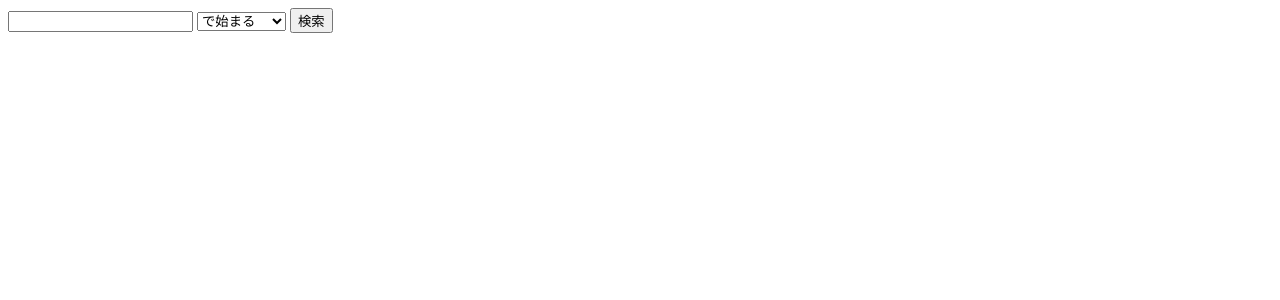
Repository: ltbur/javaEc2
Page: http://localhost/ejword/main
These files come from the project's save history. The page is drawn as it stood at one moment and after the next save; the edit follows.
The browser window is 1280 px wide. The pictures show the whole page.
The page is served by Tomcat 9.

Above is the page before, as saved 2022-06-07 04:53:25.

After the next save:
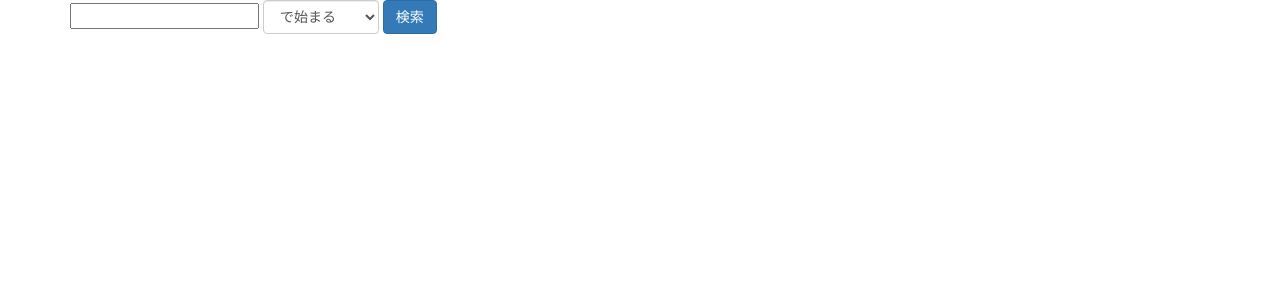
Saved 4 min 11 s later.
--- a/ejword/WebContent/WEB-INF/view/main.jsp
+++ b/ejword/WebContent/WEB-INF/view/main.jsp
@@ -15,31 +15,45 @@ Integer pageNo=(Integer)request.getAttribute("pageNo");
 <head>
 <meta charset="UTF-8">
 <title>EJWord</title>
+<link rel="stylesheet" href="https://cdn.jsdelivr.net/npm/bootstrap@3.3.7/dist/css/bootstrap.min.css" integrity="sha384-BVYiiSIFeK1dGmJRAkycuHAHRg32OmUcww7on3RYdg4Va+PmSTsz/K68vbdEjh4u" crossorigin="anonymous">
 </head>
 <body>
-<form action="/ejword/main" method="get">
+<div class="container">
+<form action="/ejword/main" method="get" class="form-inline" class="form-control" placeholder="検索語を入力" required>
 <input type="text" name="searchWord" value="<%=searchWord%>">
-<select name="mode">
+<select name="mode" class="form-control">
 <option value="startsWith"<%if(mode.equals("startsWith")) out.print(" selected"); %>>で始まる</option>
 <option value="contains"<%if(mode.equals("contains")) out.print(" selected"); %>>を含む</option>
 <option value="endsWith"<%if(mode.equals("endsWith")) out.print(" selected"); %>>で終わる</option>
 <option value="match"<%if(mode.equals("match")) out.print(" selected"); %>>と一致する</option>
 </select>
-<button type="submit">検索</button>
+<button type="submit" class="btn btn-primary">検索</button>
 </form>
 <% if(list !=null && list.size() > 0){ %>
 <% if(total <= limit){ %>
 <p>全<%=total %>件</p>
 <%}else{ %>
 <%--ページ番号を利用して何件から何件を表示しているのかを表示 --%>
-		<p>全<%=total %>件中 1~<%=limit %>件を表示</p>
+	<p>全<%=total %>件中 <%=(pageNo-1)*limit+1 %>~<%=pageNo*limit > total? total:pageNo*limit %>件を表示</p>
+<%--ページ番号が１より大きかったら前へのリンクを表示 --%>
+		<ul class="pager">
+		<%if(pageNo > 1) {%>
+		  <li><a href="/ejword/main?searchWord=<%=searchWord %>&mode=<%=mode %>&page=<%=pageNo-1%>"><span aria-hidden="true">&larr;</span>前へ</a></li>
 
+		<%} %>
+		<%--件数が全件数に届かないときは次へのリンクを表示 --%>
+		<%if(pageNo*limit < total) {%>
+		<li><a href="/ejword/main?searchWord=<%=searchWord %>&mode=<%=mode %>&page=<%=pageNo+1%>">次へ<span aria-hidden="true">&rarr;</span></a></li>
+
+		<%} %>
+		</ul>
 <%} %>
-<table border="1">
+<table class="table table-bordered table-striped">
 <% for(Word w:list){ %>
 <tr><th><%=w.getTitle() %></th><td><%=w.getBody() %></td></tr>
 <%} %>
 </table>
 <%} %>
+</div><!-- container -->
 </body>
 </html>
